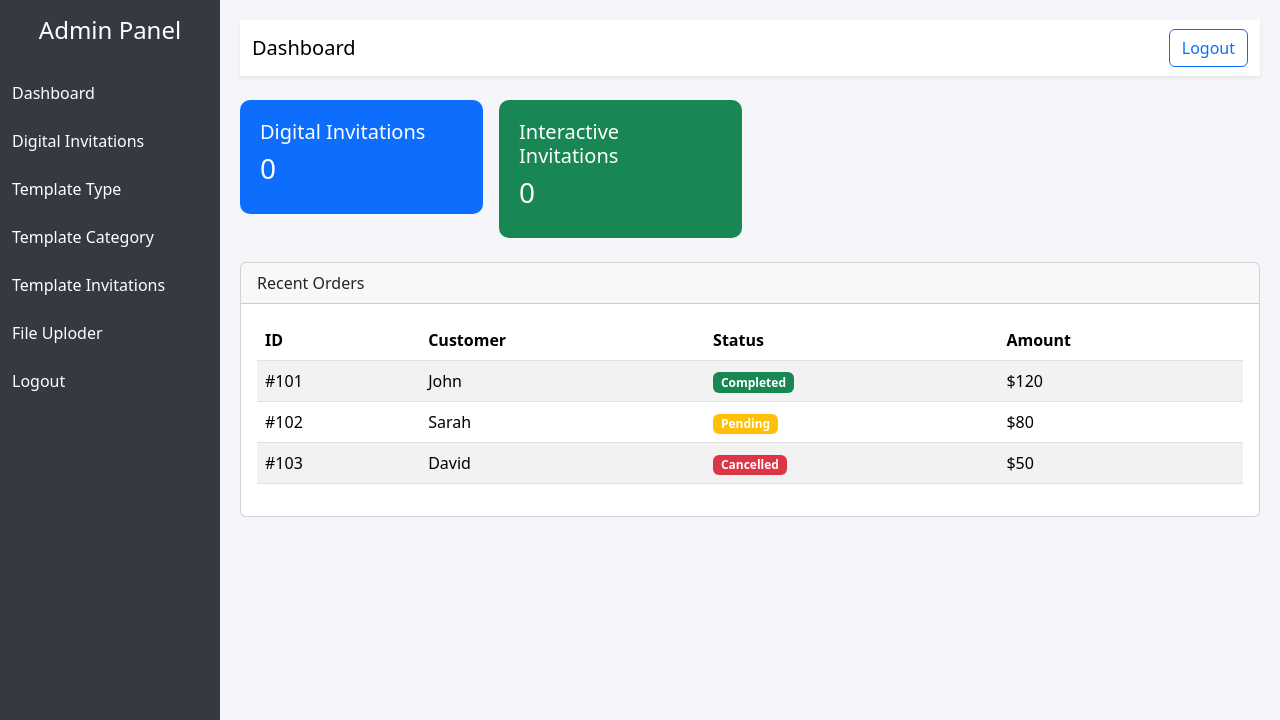
Repository: viraj7551/Flying-Invite-Project
Page: http://localhost/Admin03/dashboard.jsp
These files come from the project's save history. The page is drawn as it stood at one moment and after the next save; the edit follows.
The browser window is 1280 px wide. The pictures show the whole page.
The page is served by Tomcat 9. Other server files are loaded and not shown.

Above is the page before, as saved 2026-07-18 12:31:09.

### Admin03/WebContent/dashboard.jsp
<%@ page language="java" contentType="text/html; charset=ISO-8859-1"
    pageEncoding="ISO-8859-1"%>
<!DOCTYPE html>
<html lang="en">
<head>
<meta charset="UTF-8">
<meta name="viewport" content="width=device-width, initial-scale=1.0">

<title>Admin Dashboard</title>

<!-- Bootstrap CSS -->
<link href="https://cdn.jsdelivr.net/npm/bootstrap@5.3.2/dist/css/bootstrap.min.css" rel="stylesheet">

<style>

body{
background:#f4f6f9;
}

/* Sidebar */
.sidebar{
height:100vh;
background:#343a40;
color:white;
position:fixed;
width:220px;
}

.sidebar a{
color:white;
text-decoration:none;
display:block;
padding:12px;
}

.sidebar a:hover{
background:#495057;
}

/* Content */
.content{
margin-left:220px;
padding:20px;
}

/* Cards */
.card-box{
border-radius:10px;
color:white;
padding:20px;
}

.bg-blue{background:#0d6efd;}
.bg-green{background:#198754;}
.bg-orange{background:#fd7e14;}
.bg-red{background:#dc3545;}

/* Mobile */
@media(max-width:768px){

.sidebar{
position:relative;
width:100%;
height:auto;
}

.content{
margin-left:0;
}

}

</style>

</head>

<body>
   <%
      session.invalidate();

      String userId = request.getParameter("userId");
   %>

<div class="sidebar">

<h4 class="text-center py-3">Admin Panel</h4>

<a href="#">Dashboard</a>
<a href="digital_invitation.jsp">Digital Invitations</a>
<a href="#">Template Type</a>
<a href="#">Template Category</a>
<a href="#">Template Invitations</a>
<a href="file_uploader.jsp">File Uploder</a>
<a href="administrator.jsp">Logout</a>

</div>


<div class="content">

<!-- Navbar -->

<nav class="navbar navbar-light bg-white shadow-sm mb-4">
<div class="container-fluid">

<span class="navbar-brand">Dashboard</span>

<a href="administrator.jsp" class="btn btn-outline-primary">Logout</a>

</div>
</nav>


<!-- Dashboard Cards -->

<div class="row g-3">

<div class="col-md-3">
<div class="card-box bg-blue">
<h5>Digital Invitations</h5>
<h3>0</h3>
</div>
</div>

<div class="col-md-3">
<div class="card-box bg-green">
<h5>Interactive Invitations</h5>
<h3>0</h3>
</div>
</div>

</div>


<!-- Table -->

<div class="card mt-4">

<div class="card-header">
Recent Orders
</div>

<div class="card-body table-responsive">

<table class="table table-striped">

<thead>
<tr>
<th>ID</th>
<th>Customer</th>
<th>Status</th>
<th>Amount</th>
</tr>
</thead>

<tbody>
<tr>
<td>#101</td>
<td>John</td>
<td><span class="badge bg-success">Completed</span></td>
<td>$120</td>
</tr>

<tr>
<td>#102</td>
<td>Sarah</td>
<td><span class="badge bg-warning">Pending</span></td>
<td>$80</td>
</tr>

<tr>
<td>#103</td>

<td>David</td>
<td><span class="badge bg-danger">Cancelled</span></td>
<td>$50</td>
</tr>

</tbody>

</table>

</div>

</div>

</div>


<script src="https://cdn.jsdelivr.net/npm/bootstrap@5.3.2/dist/js/bootstrap.bundle.min.js"></script>

</body>
</html>

After the next save:
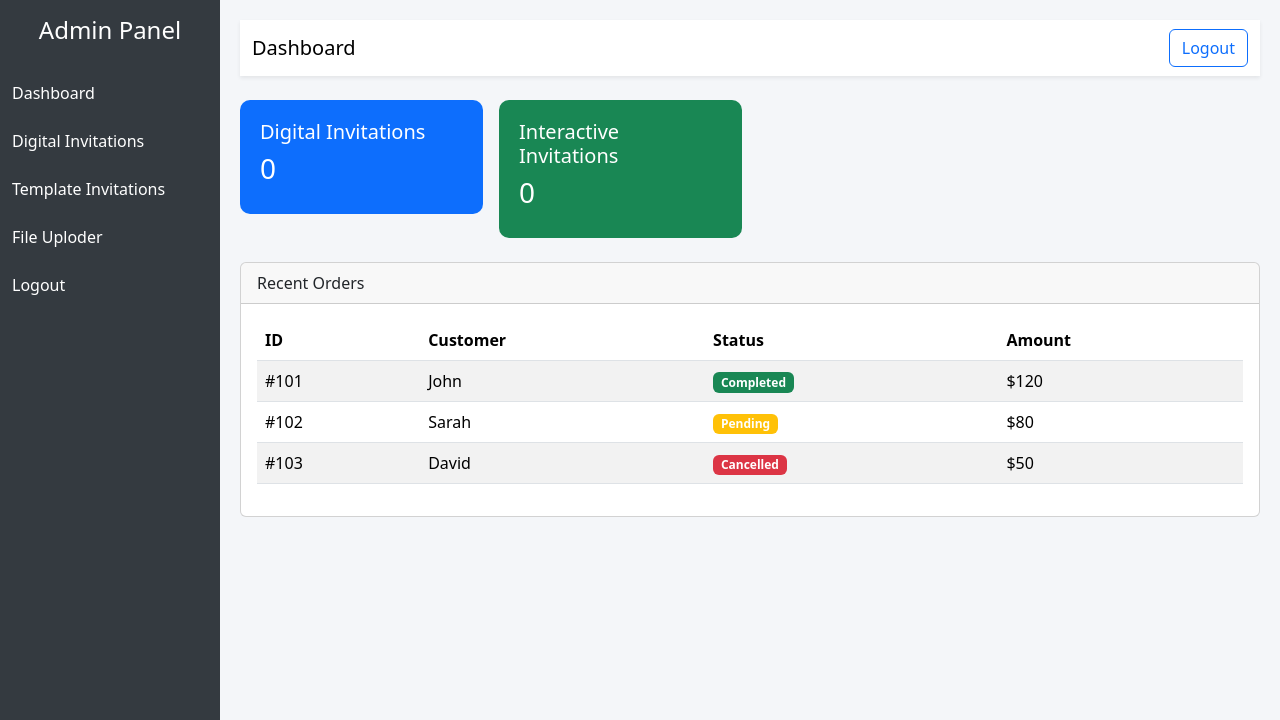
Saved 4 h 13 min later.
--- a/Admin03/WebContent/dashboard.jsp
+++ b/Admin03/WebContent/dashboard.jsp
@@ -87,8 +87,6 @@ margin-left:0;
 
 <a href="#">Dashboard</a>
 <a href="digital_invitation.jsp">Digital Invitations</a>
-<a href="#">Template Type</a>
-<a href="#">Template Category</a>
 <a href="#">Template Invitations</a>
 <a href="file_uploader.jsp">File Uploder</a>
 <a href="administrator.jsp">Logout</a>
